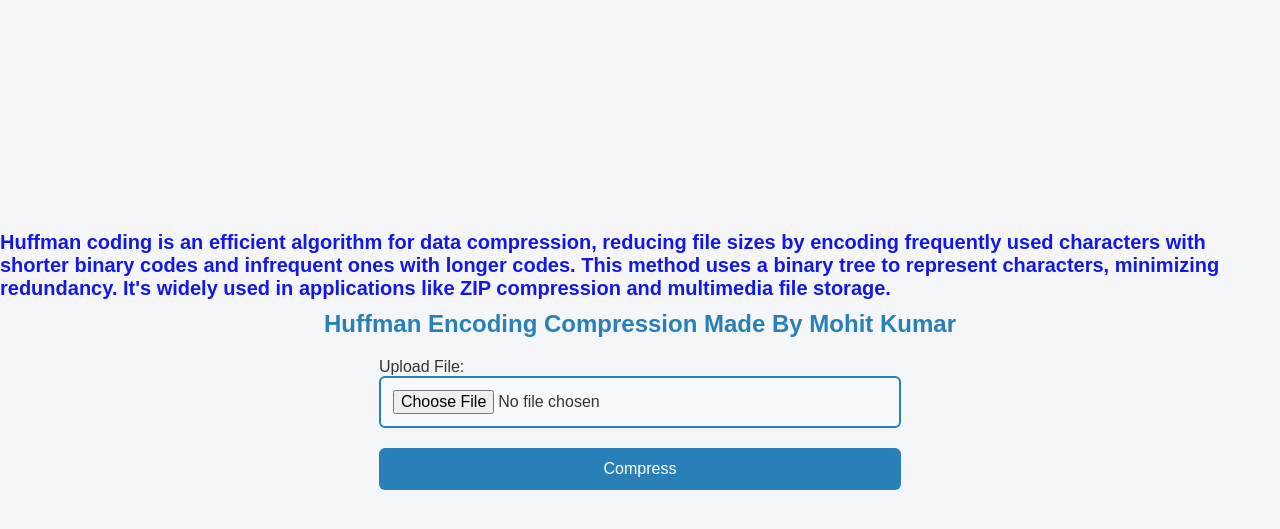
Repository: Mohitkumar1322/huffmane_coding
Page: http://localhost/
The author's editor kept a copy of each file at every save. The page is drawn from the files as they stood at one save, then again after a run of saves.
The browser window is 1280 px wide. The pictures show the whole page.
The page is served by the project's application, run on Flask 3 (main.py).

Above is the page before, as saved 2024-11-07 19:26:31.

After the next 2 saves:
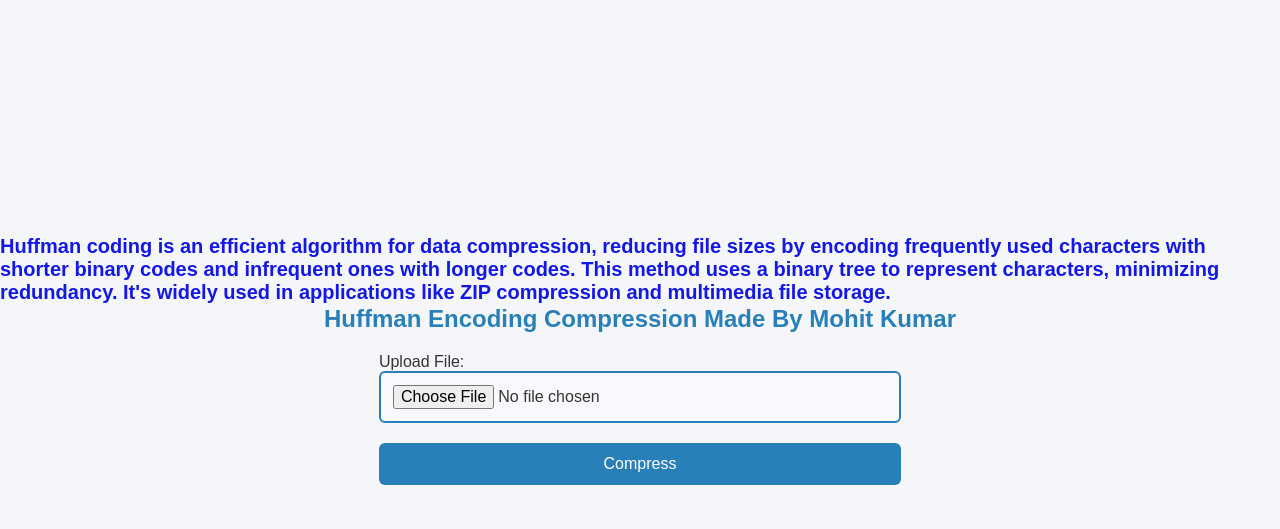
The 2 saves are shown as one change because they came seconds apart.
The last was saved 8 s later.
--- a/static/styles.css
+++ b/static/styles.css
@@ -36,7 +36,7 @@ h1 {
 h2{
     font-size: 20px;
     color: #1418e6;
-    margin-bottom: 10px;
+    margin-bottom: 1px;
     font-weight: bold;
 }
 
